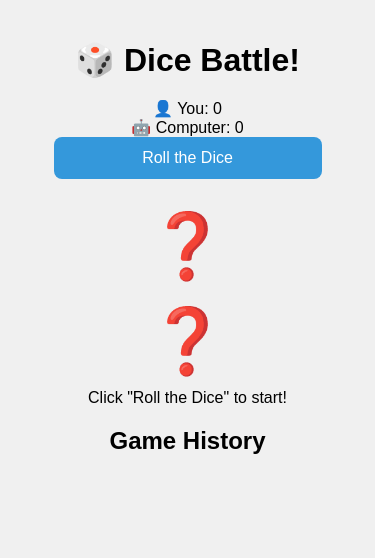
Repository: alokanand524/anand-portfolio
Page: games/dice-game/index.html
An editor plug-in stored every save of this project. The page is shown before and after the next save, followed by the edit.
The browser window is 375 px wide. The pictures show the whole page.

Above is the page before, as saved 2025-07-31 15:09:51.

After the next save:
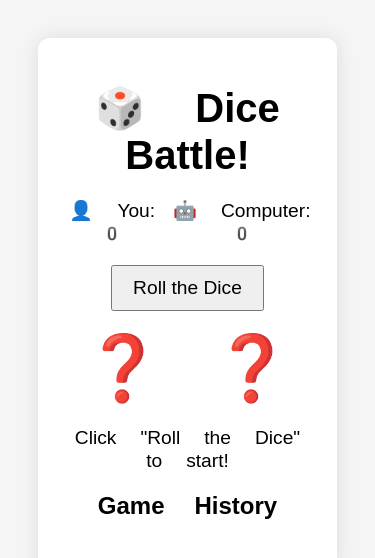
Saved 23 s later.
--- a/games/dice-game/style.css
+++ b/games/dice-game/style.css
@@ -1,106 +1,63 @@
 body {
-  font-family: Arial, sans-serif;
-  background-color: #f0f0f0;
-  margin: 0;
-  padding: 0;
+  font-family: 'Segoe UI Emoji', 'Noto Color Emoji', 'Apple Color Emoji', sans-serif;
+  background: #f5f5f5;
   text-align: center;
+  padding: 30px;
 }
 
 .game-container {
   max-width: 600px;
   margin: auto;
+  background: white;
   padding: 20px;
+  border-radius: 12px;
+  box-shadow: 0 0 20px rgba(0,0,0,0.1);
 }
 
 h1 {
-  font-size: 2rem;
+  font-size: 2.5em;
   margin-bottom: 20px;
 }
 
-.dice-section {
+.score-board {
+  font-size: 1.2em;
+  margin-bottom: 20px;
   display: flex;
   justify-content: space-around;
-  flex-wrap: wrap;
-  margin-bottom: 20px;
 }
 
-.player, .computer {
-  flex: 1 1 40%;
+#roll-btn {
+  font-size: 1.2em;
+  padding: 10px 20px;
+  margin-bottom: 20px;
+  cursor: pointer;
+}
+
+.dice-area {
+  display: flex;
+  justify-content: space-around;
   margin-bottom: 20px;
 }
 
 .dice {
-  font-size: 5rem;
-  padding: 10px;
-  transition: transform 0.3s;
+  font-size: 4em;
 }
 
-.dice.animate {
-  transform: rotate(360deg) scale(1.2);
-}
-
-#roll-btn {
-  padding: 12px 24px;
-  font-size: 1rem;
-  background-color: #3498db;
-  color: white;
-  border: none;
-  border-radius: 8px;
-  cursor: pointer;
+.result-text {
+  font-size: 1.2em;
   margin-bottom: 20px;
 }
 
-#roll-btn:hover {
-  background-color: #2980b9;
+ul#history-log {
+  list-style-type: none;
+  padding: 0;
+  max-height: 200px;
+  overflow-y: auto;
+  text-align: left;
 }
 
-#result {
-  font-size: 1.2rem;
-  font-weight: bold;
-  margin: 10px 0 20px;
+ul#history-log li {
+  margin-bottom: 8px;
+  border-bottom: 1px solid #ddd;
+  padding-bottom: 5px;
 }
-
-#history-log {
-  list-style-type: none;
-  padding: 0;
-}
-
-.dark-toggle {
-  margin-bottom: 20px;
-  display: block;
-  font-size: 1rem;
-}
-
-/* Dark mode */
-body.dark {
-  background-color: #212121;
-  color: #fff;
-}
-
-body.dark .dice {
-  background-color: #21212100;
-}
-
-body.dark #roll-btn {
-  background-color: #555;
-}
-
-body.dark #roll-btn:hover {
-  background-color: #666;
-}
-
-@media (max-width: 600px) {
-  .dice-section {
-    flex-direction: column;
-    align-items: center;
-  }
-
-  .dice {
-    font-size: 4rem;
-  }
-
-  #roll-btn {
-    width: 80%;
-    font-size: 1rem;
-  }
-}

After the save that followed:
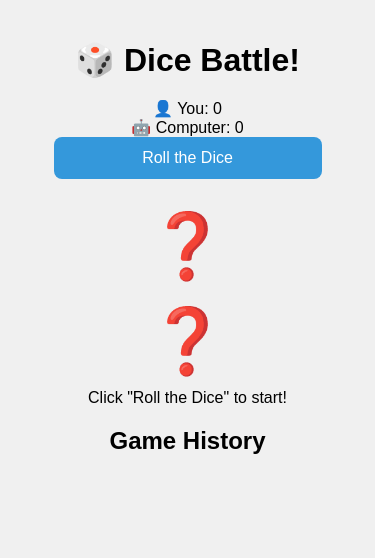
Saved 16 s later.
--- a/games/dice-game/style.css
+++ b/games/dice-game/style.css
@@ -1,63 +1,106 @@
 body {
-  font-family: 'Segoe UI Emoji', 'Noto Color Emoji', 'Apple Color Emoji', sans-serif;
-  background: #f5f5f5;
+  font-family: Arial, sans-serif;
+  background-color: #f0f0f0;
+  margin: 0;
+  padding: 0;
   text-align: center;
-  padding: 30px;
 }
 
 .game-container {
   max-width: 600px;
   margin: auto;
-  background: white;
   padding: 20px;
-  border-radius: 12px;
-  box-shadow: 0 0 20px rgba(0,0,0,0.1);
 }
 
 h1 {
-  font-size: 2.5em;
+  font-size: 2rem;
   margin-bottom: 20px;
 }
 
-.score-board {
-  font-size: 1.2em;
-  margin-bottom: 20px;
+.dice-section {
   display: flex;
   justify-content: space-around;
+  flex-wrap: wrap;
+  margin-bottom: 20px;
 }
 
-#roll-btn {
-  font-size: 1.2em;
-  padding: 10px 20px;
-  margin-bottom: 20px;
-  cursor: pointer;
-}
-
-.dice-area {
-  display: flex;
-  justify-content: space-around;
+.player, .computer {
+  flex: 1 1 40%;
   margin-bottom: 20px;
 }
 
 .dice {
-  font-size: 4em;
+  font-size: 5rem;
+  padding: 10px;
+  transition: transform 0.3s;
 }
 
-.result-text {
-  font-size: 1.2em;
+.dice.animate {
+  transform: rotate(360deg) scale(1.2);
+}
+
+#roll-btn {
+  padding: 12px 24px;
+  font-size: 1rem;
+  background-color: #3498db;
+  color: white;
+  border: none;
+  border-radius: 8px;
+  cursor: pointer;
   margin-bottom: 20px;
 }
 
-ul#history-log {
+#roll-btn:hover {
+  background-color: #2980b9;
+}
+
+#result {
+  font-size: 1.2rem;
+  font-weight: bold;
+  margin: 10px 0 20px;
+}
+
+#history-log {
   list-style-type: none;
   padding: 0;
-  max-height: 200px;
-  overflow-y: auto;
-  text-align: left;
 }
 
-ul#history-log li {
-  margin-bottom: 8px;
-  border-bottom: 1px solid #ddd;
-  padding-bottom: 5px;
+.dark-toggle {
+  margin-bottom: 20px;
+  display: block;
+  font-size: 1rem;
 }
+
+/* Dark mode */
+body.dark {
+  background-color: #212121;
+  color: #fff;
+}
+
+body.dark .dice {
+  background-color: #21212100;
+}
+
+body.dark #roll-btn {
+  background-color: #555;
+}
+
+body.dark #roll-btn:hover {
+  background-color: #666;
+}
+
+@media (max-width: 600px) {
+  .dice-section {
+    flex-direction: column;
+    align-items: center;
+  }
+
+  .dice {
+    font-size: 4rem;
+  }
+
+  #roll-btn {
+    width: 80%;
+    font-size: 1rem;
+  }
+}
